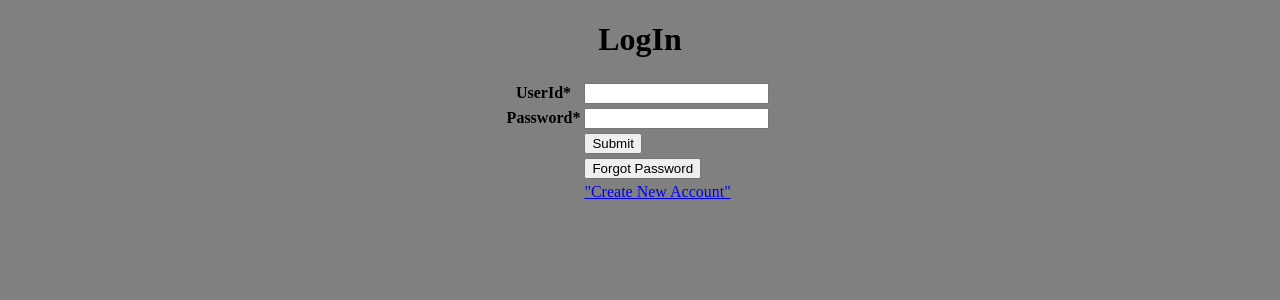
Repository: raviraj226/AdvanceJava
Page: http://localhost/Ravi_Maven/LoginWeb.jsp
An editor plug-in stored every save of this project. The page is shown before and after the next save, followed by the edit.
The browser window is 1280 px wide. The pictures show the whole page.
The page is served by Tomcat 9. Other server files are loaded and not shown.

Above is the page before, as saved 2022-03-16 09:04:50.

### Advance Java/Ravi_Maven/src/main/webapp/LoginWeb.jsp
<%@ page language="java" contentType="text/html; charset=ISO-8859-1"
	pageEncoding="ISO-8859-1"%>
<!DOCTYPE html>
<html>
<head>
<meta charset="ISO-8859-1">
<title>Insert title here</title>
</head>
<body bgcolor="grey">
	<form action="LoginCtl" method="post">
		<table align="center">


			<h1 align="center">LogIn</h1>
			<%
				String error = (String) request.getAttribute("error");
				if (error != null) {
			%>
			<center>
				<font color="maroon"><%=error%></font>
			</center>
			<%
				}
			%>

			<tr>
				<th>UserId*</th>
				<td><input type="text" name="user"></td>
				<td>
					<%
						String errorlogin = (String) request.getAttribute("errorlogin");
						if (errorlogin != null) {
					%>
					<center>
						<font color="maroon"><%=errorlogin%></font>
					</center> <%
 	}
 %>
				</td>
			</tr>


			<th>Password*</th>
			<td><input type="password" name="pwd"></td>
			<td>
				<%
					String s2 = (String) request.getAttribute("errorpass");
					if (s2 != null) {
				%>
				<center>
					<font color="maroon"><%=s2%></font>
				</center> <%
 	}
 %>
			</td>


			<tr>
				<th></th>
				<td><input type="Submit" name="op" value="Submit"></input></td>
			</tr>


			<tr>
				<th></th>
				<td><input type="submit" value="Forgot Password"></td>
			</tr>

			<tr>
				<th></th>
				<td><a href="RegistrationForm.jsp">"Create New Account"</a></td>
			</tr>


		</table>
	</form>
</body>
</html>

After the next save:
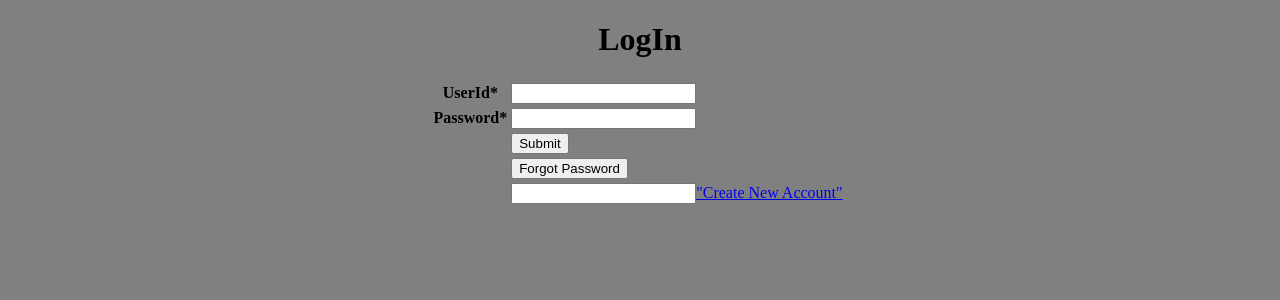
Saved 2 min 24 s later.
--- a/Advance Java/Ravi_Maven/src/main/webapp/LoginWeb.jsp
+++ b/Advance Java/Ravi_Maven/src/main/webapp/LoginWeb.jsp
@@ -68,7 +68,7 @@
 
 			<tr>
 				<th></th>
-				<td><a href="RegistrationForm.jsp">"Create New Account"</a></td>
+				<td><input style="color: maroon"></input><a href="RegistrationForm.jsp">"Create New Account"</a></td>
 			</tr>
 
 
